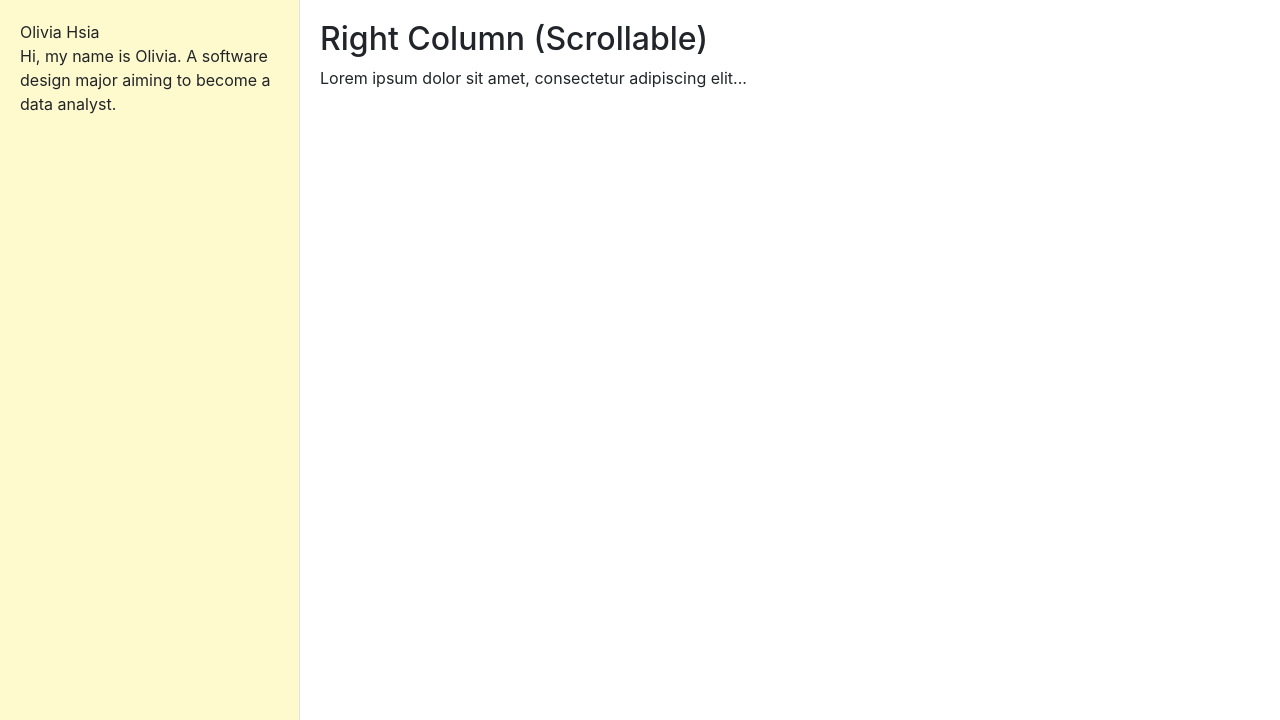
Repository: oliviahsia/FinalProject
Page: src/main/webapp/WEB-INF/main.html
These files come from the project's save history. The page is drawn as it stood at one moment and after a run of saves; the edit follows.
The browser window is 1280 px wide. The pictures show the whole page.
Some web libraries are served in a nearby version.

Above is the page before, as saved 2024-03-08 12:13:59.

### src/main/webapp/WEB-INF/main.html
<!DOCTYPE html>
<html lang="en">

<head>
  <meta charset="UTF-8">
  <meta name="viewport" content="width=device-width, initial-scale=1.0">
  <title>Olivia's Portfolio</title>

  <!-- Bootstrap CSS -->
  <link rel="stylesheet" href="https://stackpath.bootstrapcdn.com/bootstrap/4.5.2/css/bootstrap.min.css">

  <!-- External CSS File -->
  <link rel="stylesheet" href="main.css">
</head>

<body>
  <div class="fixed-left">
    <!-- Content in left column -->
    <img src = "  " alt
    <h2>Olivia Hsia</h2>
    <p>Hi, my name is Olivia. A software design major aiming to become a data analyst. </p>
  </div>

  <div class="scrollable-right">
    <!-- Content in right column -->
    <h2>Right Column (Scrollable)</h2>
    <p>Lorem ipsum dolor sit amet, consectetur adipiscing elit...</p>
    <!-- Add more content as needed to enable scrolling -->
  </div>

  <!-- Bootstrap JS and dependencies (Optional) -->
  <script src="https://code.jquery.com/jquery-3.5.1.slim.min.js"></script>
  <script src="https://cdn.jsdelivr.net/npm/@popperjs/core@2.5.4/dist/umd/popper.min.js"></script>
  <script src="https://stackpath.bootstrapcdn.com/bootstrap/4.5.2/js/bootstrap.min.js"></script>
</body>

</html>

### src/main/webapp/WEB-INF/main.css
/* Custom styles */
body,
html {
  height: 100%;
  margin: 0;
  /* Remove default margin */
}

.fixed-left {
  position: fixed;
  top: 0;
  left: 0;
  width: 300px;
  /* Set the width of the left column */
  height: 100%;
  background-color: #FFFACD;
  /* Goose yellow for the left column */
  border-right: 1px solid #dee2e6;
  /* Optional border */
  overflow-x: hidden;
  /* Prevent horizontal scrollbar */
  padding: 20px;
  /* Optional padding */
}

.scrollable-right {
  margin-left: 300px;
  /* Same as the width of the left column */
  padding: 20px;
  height: 100%;
  overflow-y: auto;
  /* Enable vertical scrollbar if content overflows */
  background-color: #FFFFFF;
  /* White for the right column */
}

After the next 3 saves:
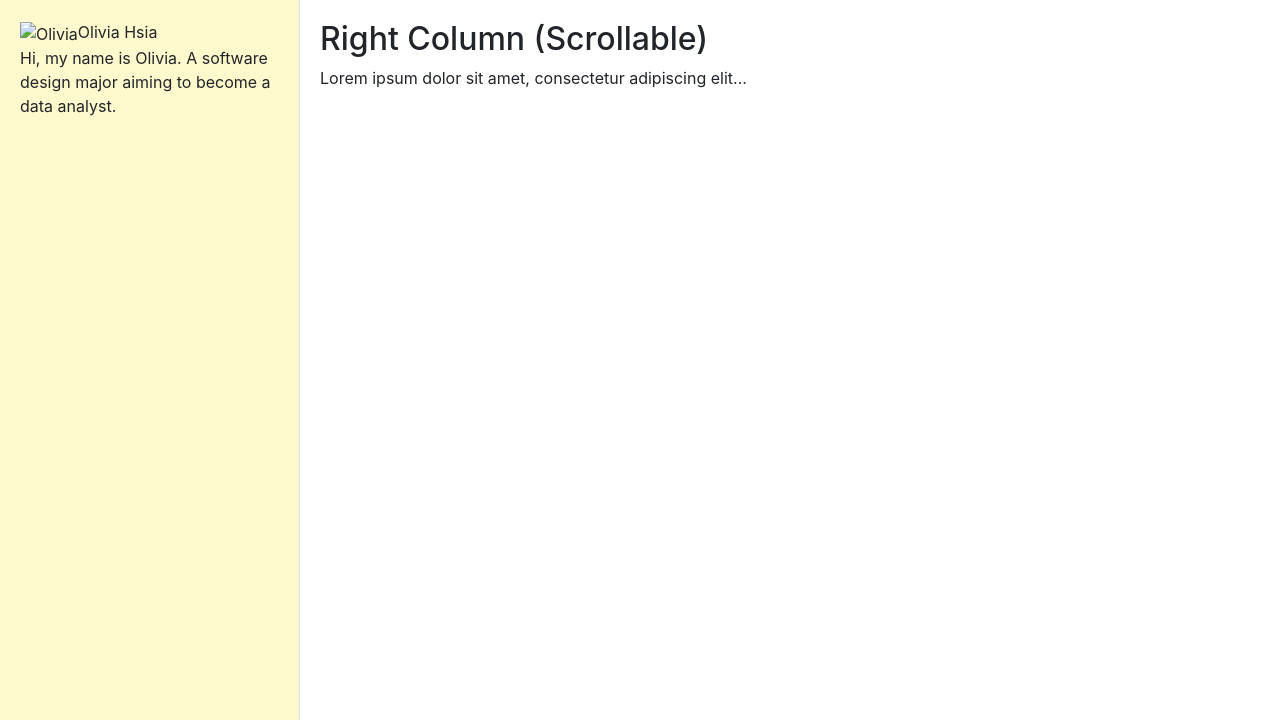
The 3 saves are shown as one change because they came seconds apart.
The last was saved 12 s later.
--- a/src/main/webapp/WEB-INF/main.html
+++ b/src/main/webapp/WEB-INF/main.html
@@ -16,7 +16,7 @@
 <body>
   <div class="fixed-left">
     <!-- Content in left column -->
-    <img src = "  " alt
+    <img src = "  " alt = Olivia Hsia
     <h2>Olivia Hsia</h2>
     <p>Hi, my name is Olivia. A software design major aiming to become a data analyst. </p>
   </div>
